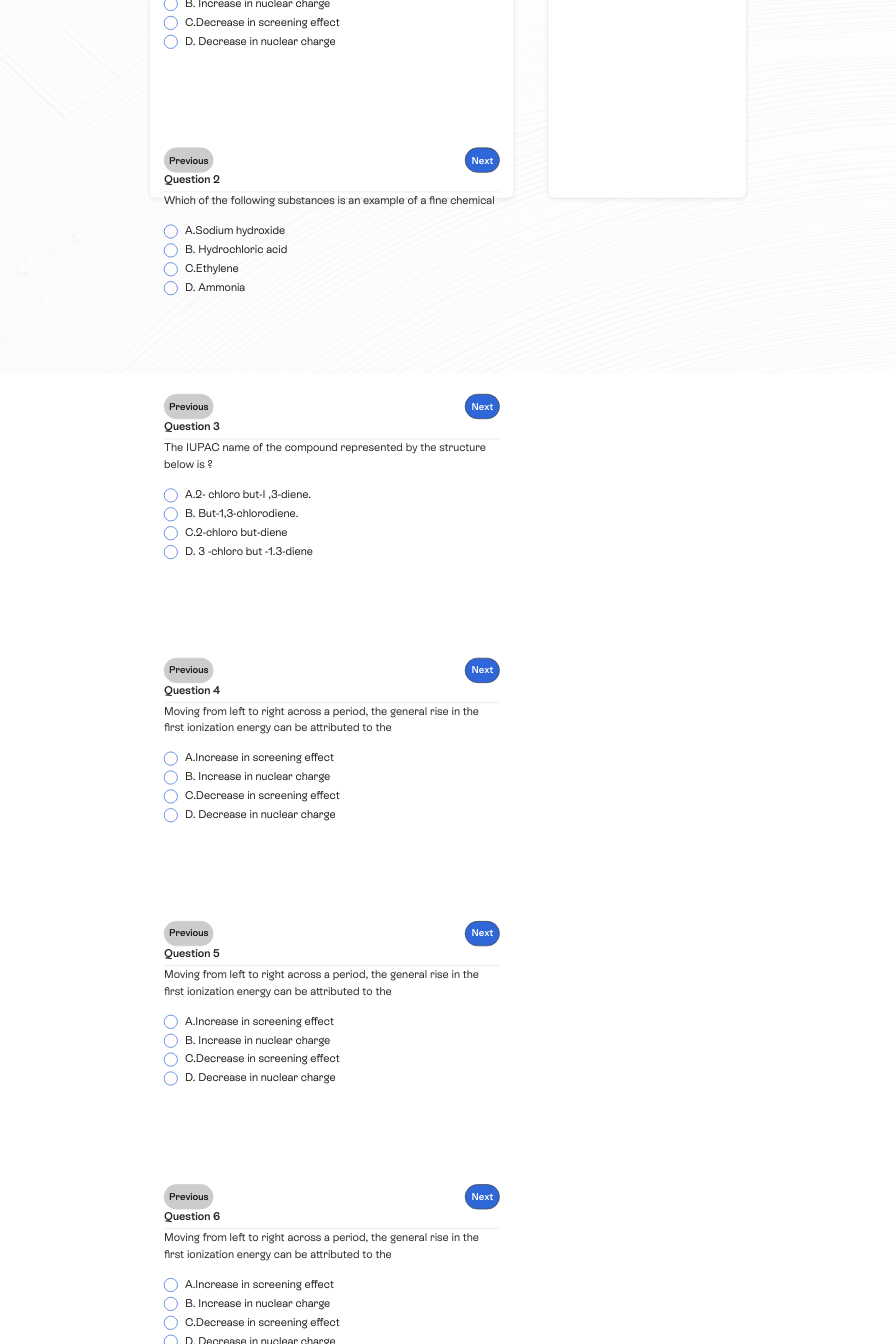
Repository: sarahnnanyelugo/educare-cbt
Page: /questions-dashboard
An editor plug-in stored every save of this project. The page is shown before and after the next save, followed by the edit.
The browser window is 1280 px wide. The pictures show the part of the page from y = 494 to 2414 px (the page is 19326 px tall before and 1028 px after), at 70% of full size.
The project was rebuilt for these pictures with package versions that can differ from the ones it lists, and the page was loaded fresh each time. Also part of the build but not shown: src/components/Form/Form.js, src/pages/AuthenticationPage/auth.scss, src/pages/AuthenticationPage/AuthenticationPage.js, src/components/TestModal/test-modal.scss, src/components/TestModal/TestModal.js, src/components/Exams/Exams.js, src/pages/Home/Home.js, src/pages/TestInstructions/TestInstructions.js and 2 more. Imported but missing from the stored project, and not drawn on this page: src/components/Form/Password, src/components/GoogleButton/GoogleButton.

Above is the page before, as saved 2023-11-06 09:36:19.

### src/App.js
import logo from "./logo.svg";
import "./App.css";
import "bootstrap/dist/css/bootstrap.min.css";
import { BrowserRouter, Routes, Route, Link, Outlet } from "react-router-dom";
import { AuthenticationPage } from "./pages/AuthenticationPage/AuthenticationPage";
import { Home } from "./pages/Home/Home";
import ScrollToTop from "./components/scrollToTop";
import { Navbar } from "./components/Navbar/Navbar";
import { TestInstructions } from "./pages/TestInstructions/TestInstructions";
import { Wallet } from "./pages/Wallet/Wallet";
import { QuestionsDashboard } from "./pages/Question/QuestionsDashboard";
function App() {
  return (
    <>
      <ScrollToTop />
      <Navbar />
      <Routes>
        <Route path="/" element={<AuthenticationPage />} />{" "}
        <Route path="home" element={<Home />} />{" "}
        <Route path="test-instructions" element={<TestInstructions />} />{" "}
        <Route path="questions-dashboard" element={<QuestionsDashboard />} />{" "}
        <Route path="wallet" element={<Wallet />} />{" "}
      </Routes>
    </>
  );
}

export default App;

### src/App.css
@font-face {
  font-family: rebondG;
  src: url(./assets/fonts/Rebond_font/RebondG.otf);
}
@font-face {
  font-family: rebondG-Bold;
  src: url(./assets/fonts/Rebond_font/RebondG-Bold.otf);
}
@font-face {
  font-family: rebondG-Semi-Bold;
  src: url(./assets/fonts/Rebond_font/Rebond-semibold.otf);
}
@font-face {
  font-family: rebondG-Medium;
  src: url(./assets/fonts/Rebond_font/RebondGrotesqueMedium.otf);
}
@font-face {
  font-family: rebondBook;
  src: url(./assets/fonts/Rebond_font/RebondG-Book.ttf);
}

h1,
h2,
h3,
h4,
h5,
h6 {
  font-family: rebondG-Semi-Bold;
}

p {
  font-family: rebondBook;
  font-size: 16px;
}
small {
  font-family: rebondBook;
}
button {
  font-family: rebondG-Semi-Bold;
}
ul li {
  font-family: rebondG-Medium;
}
@media screen and (min-width: 620px) {
  .flexy {
    display: flex;
  }
}
@media screen and (max-width: 620px) {
  .flexyM {
    display: flex;
  }
}

### src/components/Navbar/Navbar.js
import React, { useEffect, useRef, useState } from "react";
import "./navbar.scss";
import Logo from "../../assets/images/logo.png";
import { Link, NavLink } from "react-router-dom";
import { useLocation } from "react-router-dom";

export const Navbar = () => {
  const location = useLocation();
  const prevUrlRef = useRef(null);
  const [showNav, setShowNav] = useState(true);
  useEffect(() => {
    const currentUrl = window.location.pathname;
    if (prevUrlRef.current !== currentUrl) {
      prevUrlRef.current = currentUrl;
      console.log(currentUrl);
      setTimeout(() => {
        switch (currentUrl) {
          case "/":
            setShowNav(false);
            break;
          case "/test-instructions":
            setShowNav(false);
            break;
          case "/question":
            setShowNav(false);
            break;

          default:
            setShowNav(true);
            break;
        }
        localStorage.setItem("showNav", showNav);
      }, 200);
    }
  });
  return (
    <div className={`nav-container flexy ${showNav ? "" : "hide"} `}>
      <div className="logo-holder  col-md-1 flexy ">
        {" "}
        <Link to={"/"}>
          {" "}
          <img className="   logo" src={Logo} alt="Scholar" width="50%" />
        </Link>
      </div>
      <div className="flexy navs">
        <NavLink activeclassName="active" className="navlinks" to={"/home"}>
          <button> Home</button>
        </NavLink>{" "}
        <NavLink
          activeclassName="active"
          className="navlinks"
          to={"/test-analysis"}
        >
          <button> Test Analysis</button>
        </NavLink>{" "}
        <NavLink activeclassName="active" className="navlinks" to={"/wallet"}>
          <button> Wallet</button>
        </NavLink>
      </div>
    </div>
  );
};

### src/pages/Question/QuestionsDashboard.js
import React, { useState } from "react";
import "./question.scss";
import Alert from "../../assets/images/alert.svg";
import { Link } from "react-router-dom";
import { questions } from "../../TestData";
import { Questions } from "../../components/Questions/Questions";

export const QuestionsDashboard = () => {
  const [state, setState] = useState({
    query: "",
    list: questions,
  });
  return (
    <>
      <div className="test-instructions-div">
        <div className="col-md-8 offset-md-2 student-details flexy">
          <div className="col-md-5 ">
            <div className="flexy flexyM">
              {" "}
              <h6 className="col-md-3 ">Students:</h6>
              <p style={{ color: "#2F67D8" }}>Peter Olugbenga</p>
            </div>
            <div className="flexy flexyM">
              {" "}
              <h6 className="col-md-3">Subject:</h6>
              <p style={{ color: "#C32BD6" }}>Chemistry</p>
            </div>{" "}
            <div className="flexy flexyM">
              {" "}
              <h6 className="col-md-3">Test Title:</h6>
              <p>2010 MATHEMATICS JAMB PRACTICE 2</p>
            </div>
          </div>
          <div className="timer offset-md-4 mt4">
            <button>00 : 29 : 59</button>
          </div>
        </div>
        <div className="col-md-8 offset-md-2 flexy">
          {" "}
          <div className="col-md-8 ">
            <div className="col-md-11  instructions">
              <div className="row ">
                {state.list.map((data, index) => (
                  <Questions data={data} />
                ))}
              </div>
              <div className="flexy mt">
                <button className="previous-btn">Previous</button>
                <button className="next-btn offset-md-9">Next</button>
              </div>
            </div>
          </div>
          <div className="col-md-4 instructions"></div>
        </div>
      </div>
    </>
  );
};

### src/TestData/index.js
export * from "./examsData";
export * from "./questionsData";

### src/pages/Home/home.scss
@import "../../variables";
@import "../../shared-styles";

.home-div {
  padding-top: 60px;
  padding-bottom: 60px;
  .unit {
    h3 {
      flex-grow: 1;
    }
    button {
      color: #2f67d8;
      background: #2f67d81a;
      border: solid 1px #2f67d8;
      width: 163px;
      font-size: 14px;
      height: 32px;
      border-radius: 100px;
    }
  }
  .question-type-div {
    border-radius: 11px;
    background: #ffffff;
    padding: 15px;
    border: solid 1px #e7e7e7;
    box-shadow: 0px 3px 6px #0000000d;
    input {
      width: 90%;
      border: solid 1px #cecbcb;
      height: 37px;
      border-radius: 10px;
      background: #fff;
      padding-left: 20px;
    }
    ::placeholder {
      color: #191919 !important;
      text-align: left;
      opacity: 0.3;
      font-size: 14px !important;
      font-family: rebondG-Medium;
    }
    button {
      @include main-btn;
      margin-top: 25px;
    }
  }
  .sort {
    margin-top: 100px;
    margin-bottom: 20px;
    h3 {
      flex-grow: 1;
    }
    h6 {
      margin-top: 10px;
      margin-right: 5px;
    }
    select {
      border: solid 1px #cecbcb;
      border-radius: 35px;
      width: 100px;
      background: #fff;
      font-family: rebondG-Medium;
      font-size: 14px;
      color: #191919;
    }
  }
}

### src/components/Navbar/navbar.scss
.nav-container {
  padding: 5px 60px;
  box-shadow: 0px 3px 6px #00000029;
  background: #fff;
  .logo-holder {
    flex-grow: 1;
  }
  .navs {
    flex-grow: 1;
    .navlinks {
      button {
        margin: 0 10px;
        padding: 5px 13px;
        border: none;
        color: #000;
        margin-top: 10px;
        text-decoration: none;
        font-size: 14px;
        border-radius: 100px;
        background: #fff;
        font-family: rebondG-Medium;
      }
    }
  }
}
.active {
  button {
    color: #2f67d8 !important;
    background: #c7d8fa !important;
  }
}

### src/pages/TestInstructions/test-instructions.scss
@import "../../variables";
@import "../../shared-styles";

.test-instructions-div {
  padding-top: 80px;
  padding-bottom: 250px;
  background: url("../../assets/images/brush-bg.png");
  background-size: cover;
  background-repeat: no-repeat;
  //   background-position: center;
  .instructions {
    border: 1px solid #e7e7e7;
    box-shadow: 0px 3px 6px #0000000d;
    border-radius: 10px;
    height: 444px;
    background: #fff;
    padding: 30px 20px;
    .title-div {
      border-bottom: 1px solid #e7e7e7;
    }
    .inner {
      margin-top: 30px;
      h6 {
        margin-bottom: 20px;
        font-size: 16px;
      }
      p {
        font-size: 16px;
      }
      .proceed-btn {
        @include main-btn;
      }
      .back-btn {
        border: 1px solid #2f67d8;
        color: #2f67d8;
        background: #fff;
        border-radius: 100px;
        width: 91px;
        height: 36px;
        font-size: 14px;
      }
      .instruction-btns {
        margin-top: 250px;
      }
    }
    ul {
      margin-top: 60px;
    }
    ul li {
      color: #d52143;
      font-size: 14px;
      img {
        margin-right: 7px;
      }
    }
  }
}

### src/pages/Question/question.scss
@import "../../variables";
@import "../../shared-styles";

.test-instructions-div {
  padding-top: 80px;
  padding-bottom: 250px;
  background: url("../../assets/images/brush-bg.png");
  background-size: cover;
  background-repeat: no-repeat;
  .student-details {
    border: 1px solid #e7e7e7;
    box-shadow: 0px 3px 6px #0000000d;
    border-radius: 10px;
    background: #fff;
    padding: 10px 20px;
    margin-bottom: 30px;
    .timer {
      button {
        color: #d52143;
        font-size: 30px;
        width: 188px;
        // height: 40px;
        border: solid 1px #e7e7e7;
        border-radius: 10px;
        background: #fff;
      }
    }
  }
  .instructions {
    border: 1px solid #e7e7e7;
    box-shadow: 0px 3px 6px #0000000d;
    border-radius: 10px;
    height: 444px;
    background: #fff;
    padding: 30px 20px;
  }
}
input[type="radio"] {
  appearance: none;
  -webkit-appearance: none;
  width: 20px;
  height: 20px;
  border: 1px solid #2f67d8;
  border-radius: 50%;
  margin-right: 10px;
  background-color: transparent;
  position: relative;
  top: 6px;
}

input[type="radio"]:checked::before {
  content: "";
  display: block;
  width: 12px;
  height: 12px;
  background-color: #2f67d8;
  border-radius: 50%;
  position: absolute;
  top: 50%;
  left: 50%;
  transform: translate(-50%, -50%);
}

label {
  font-size: 16px;
  font-family: rebondBook;

  color: #191919;
}
.previous-btn {
  border-radius: 100px;
  width: 91px;
  height: 36px;
  font-size: 14px;
  border: solid 1px #cecbcb;
  background: #cecbcb;
  font-family: rebondG-Semi-Bold;
  color: #191919;
}
.next-btn {
  @include main-btn;
}

### src/components/Questions/Questions.js
import React from "react";
import "./questions.scss";
export const Questions = ({ data }) => {
  return (
    <div>
      {" "}
      <div className="col-md-12 ">
        <div className="title-div">
          {" "}
          <h6>Question {data.questionNum}</h6>
        </div>
        <p>{data.question}</p>
        <div>
          <input type="radio" id="answer-a" name="answers" value="answer-a" />
          <label for="answer-a">A.{data.optionA}</label>
        </div>
        <div>
          <input type="radio" id="answer-b" name="answers" value="answer-b" />
          <label for="answer-b">B. {data.optionB}</label>
        </div>
        <div>
          <input type="radio" id="answer-c" name="answers" value="answer-c" />
          <label for="answer-c">C.{data.optionC}</label>
        </div>{" "}
        <div>
          <input type="radio" id="answer-d" name="answers" value="answer-d" />
          <label for="answer-d">D. {data.optionD}</label>
        </div>
        <div className="flexy mt">
          <button className="previous-btn">Previous</button>
          <button className="next-btn offset-md-9">Next</button>
        </div>
      </div>
    </div>
  );
};

### src/components/Form/form.scss
@import "../../variables";
@import "../../shared-styles";

.form-container {
  border: solid 1px rgb(255, 255, 255);
  border-radius: 15px;
  box-shadow: 0 0 1px 1px rgb(221, 221, 221);
  padding: 30px 20px 50px 20px;
  background: #fff;
  .or {
    .bodda {
      border-top: solid 1px #efefef;
      margin-top: 30px;
    }
    p {
      margin-top: 15px;
    }
  }
  .form-heading {
    color: #161617;
    font-size: 16px;
  }
}

.form {
  width: 100%;
  position: relative;
  height: fit-content;
  overflow: hidden;
}

.form input {
  width: 100%;
  height: 100%;
  color: #191919;
  padding-top: 10px;
  padding-bottom: 10px;
  padding-left: 20px;
  border-radius: 10px;
  height: 40px;
  margin-top: 20px;
  border: solid 1px #e7e7e7;
  background: #fff;
  font-family: rebondG-Semi-Bold;
}
.form label {
  position: absolute;
  bottom: 4px;
  left: 20px;
  width: 100%;
  height: 100%;
  font-size: 12px;
  font-family: rebondG;
  color: #161617;
  pointer-events: none;
}
.form label::after {
  content: "";
  position: absolute;
  bottom: -1px;
  left: 0px;
  width: 100%;
  height: 100%;
  transform: translateX(-100%);
  transition: all 0.3s ease;
}

.content-name {
  position: absolute;
  bottom: 0px;
  left: 0px;
  padding-bottom: 5px;
  transition: all 0.3s ease;
}
.form input:focus {
  outline: none;
}
.form input:focus + .label-name .content-name,
.form input:valid + .label-name .content-name {
  transform: translateY(-100%);
  font-size: 8px;
  left: 0px;
  color: black;
}
.form input:focus + .label-name::after,
.form input:valid + .label-name::after {
  transform: translateX(0%);
}
.password-input {
  input {
    border: solid 1px #edecec !important;
    padding: 9px 5px;
    border-radius: 10px;
    background: #fff !important;
    width: 100% !important;
    height: 40px;
  }
  img {
    margin-left: -35px;
    border-right: solid 1px rgb(226, 220, 220) !important;
    border-radius: 7px;
    @media screen and (max-width: 620px) {
      margin-left: -18px;
    }
  }
}
.formButton {
  color: #fff;
  border: none;
  padding: 10px 0;
  border-radius: 35px;
  margin-top: 30px;
  width: 100%;
  font-size: 16px !important;
  font-weight: bold !important;
  font-family: rebondG-Medium;
  background: #2f67d8;
  &:hover {
    background: #1e4ba7;
    transition: 0.5 ease;
  }
  @media screen and (max-width: 620px) {
  }
}
.css-qbdosj-Input {
  padding: 6px 5px !important;
}
.css-13cymwt-control {
  border-radius: 10px !important;
  height: 40px !important;
  border: solid 1px rgb(236, 233, 233) !important;
}
//////////////////////////////////////////////////////////////////////////////////////////

.formpassword {
  width: 100%;
  position: relative;
  height: fit-content;
  overflow: hidden;
}

.formpassword input {
  width: 100%;
  height: 100%;
  color: #191919;
  padding-top: 10px;
  padding-bottom: 10px;
  padding-left: 20px;
  border-radius: 10px;
  height: 40px;
  margin-top: 20px;
  border: solid 1px #e7e7e7;
  background: #fff;
  font-family: rebondG-Semi-Bold;
}
.formpassword label {
  position: absolute;
  bottom: 4px;
  left: 20px;
  width: 100%;
  height: 100%;
  font-size: 12px;
  font-family: rebondG;
  color: #161617;
  pointer-events: none;
}
.formpassword label::after {
  content: "";
  position: absolute;
  bottom: -1px;
  left: 0px;
  width: 100%;
  height: 100%;
  transform: translateX(-100%);
  transition: all 0.3s ease;
}

.content-name {
  position: absolute;
  bottom: 0px;
  left: 0px;
  padding-bottom: 5px;
  transition: all 0.3s ease;
}
.formpassword input:focus {
  outline: none;
}
.formpassword input:focus + .label-name .content-name,
.formpassword input:valid + .label-name .content-name {
  transform: translateY(-100%);
  font-size: 8px;
  left: 0px;
  color: black;
}
.formpassword input:focus + .label-name::after,
.formpassword input:valid + .label-name::after {
  transform: translateX(0%);
}
.css-1jqq78o-placeholder {
  font-family: rebondBook !important;
  color: #161617 !important;
  font-size: 12px !important;
  font-family: rebondBook !important ;
}
.PhoneInputCountry {
  background: #fff !important;
}
.hide {
  display: none;
}
.show {
  display: block;
}

### src/components/Exams/exams.scss
@import "../../variables";
@import "../../shared-styles";

.questions-div {
  border: 1px solid #e7e7e7;
  border-radius: 11px;
  box-shadow: 0px 3px 6px #0000000d;
  height: 89px;
  margin-bottom: 30px;
  padding-top: 15px;
  h6 {
    font-size: 16px;
  }
  p {
    font-size: 14px;
  }
  button {
    @include main-btn;
  }

  tr td {
    border: none;
    padding: 0 !important;
    text-align: left;
    small {
      font-size: 14px;
    }
  }
}

### src/TestData/examsData.js
import Jamb from "../assets/images/jamb.png";
import Waec from "../assets/images/waec.png";

export const exams = [
  {
    num: 1,
    examYearTypeSubject: "2010 JAMB Chemistry",
    examType: Jamb,
    examDetails: "2010 Chemistry Jamb Practice (2010 Jamb Chemistry)",
    examDuration: "30 mins",
    questionNum: "50 questions",
    examMarks: "50 marks",
    unitNum: "Free",
  },
  {
    num: 2,
    examYearTypeSubject: "2020 WAEC English",
    examType: Waec,
    examDetails: "2010 Physics Jamb Practice (2010 Jamb Physics)",
    examDuration: "30 mins",
    questionNum: "49 questions",
    examMarks: "50 marks",
    unitNum: "Free",
  },
  {
    num: 3,
    examYearTypeSubject: "2010 JAMB Physics",
    examType: Jamb,
    examDetails: "2010 Physics Jamb Practice (2010 Jamb Physics)",
    examDuration: "30 mins",
    questionNum: "49 questions",
    examMarks: "50 marks",
    unitNum: "30 Units",
  },
  {
    num: 4,
    examYearTypeSubject: "2020 WAEC Biology",
    examType: Waec,
    examDetails: "2020 WAEC BIOLOGY PRACTICE",
    examDuration: "30 mins",
    questionNum: "50 questions",
    examMarks: "50 marks",
    unitNum: "10 Units",
  },
  {
    num: 5,
    examYearTypeSubject: "22020 Waec Civic Education",
    examType: Waec,
    examDetails: "2019 WAEC CIVIC EDUCATION PRACTICE",
    examDuration: "30 mins",
    questionNum: "50 questions",
    examMarks: "50 marks",
    unitNum: "10 Units",
  },
  {
    num: 6,
    examYearTypeSubject: "2020 Waec Geography",
    examType: Waec,
    examDetails: "2020 GEOGRAPHY WAEC PRACTICE",
    examDuration: "30 mins",
    questionNum: "50 questions",
    examMarks: "50 marks",
    unitNum: "10 Units",
  },
];

### src/_variables.scss
$blue: #0098da;
$lightblue: #e1f2fa;
$purple: #5044b2;
@mixin get-started-button {
  color: #fff;
  border-radius: 35px;
  border: solid 1px #414244;
  padding: 8px 20px;
  font-size: 14px;
  font-family: rebondG-Semi-Bold;

  // &:hover {
  //   background: #30266b;
  //   transition: 0.5s ease;
  // }
}
@mixin main-btn {
  background: #2f67d8 !important;
  color: #fff;
  border-radius: 100px;
  // padding: 8px 20px;
  width: 91px;
  height: 36px;
  font-size: 14px;
  border: solid 1px #414244;
  font-family: rebondG-Semi-Bold;

  &:hover {
    background: #1e4ba7 !important;
    transition: 0.5s ease;
  }
}

### src/_shared-styles.scss
.mt1 {
  margin-top: 10px;
}
.mt2 {
  margin-top: 20px;
}
.mt3 {
  margin-top: 30px;
}
.mt4 {
  margin-top: 40px;
}
.mt5 {
  margin-top: 50px;
}
.mt6 {
  margin-top: 60px;
}
.mt7 {
  margin-top: 70px;
}
.mt8 {
  margin-top: 80px;
}
.mt9 {
  margin-top: 90px;
}
.mt {
  margin-top: 140px;
}
.mtt {
  margin-top: 200px;
}
.bb {
  border-bottom: solid 1px rgb(233, 229, 229);
}
.bt {
  border-top: solid 1px rgb(233, 229, 229);
}
.pd {
  padding: 80px 0;
}
.br {
  border-right: solid 1px rgb(233, 229, 229);
}
.no-m {
  @media screen and (max-width: 620px) {
    margin: 0 !important;
  }
}
.ml {
  margin-left: 10px;
}
.ml4 {
  margin-left: 40px;
}
.ml3 {
  margin-left: 30px;
}

.features-link {
  color: #191919;
  text-decoration: none;
  &:hover {
    color: #191919;
  }
}

.mb5 {
  margin-bottom: 50px;
}
.mb4 {
  margin-bottom: 40px;
}

.no-margin {
  @media screen and (max-width: 620px) {
    margin-top: 0px !important;
    text-align: center;
  }
}
.grad2 {
  background: rgb(255, 255, 255);
  background: linear-gradient(
    180deg,
    rgba(255, 255, 255, 1) 28%,
    rgba(240, 240, 240, 1) 48%,
    rgba(255, 255, 255, 1) 75%
  );
}
.dn {
  @media screen and (max-width: 620px) {
    display: none;
  }
}
.dnW {
  @media screen and (min-width: 620px) {
    display: none;
  }
}
.dnM {
  @media screen and (max-width: 620px) {
    display: none;
  }
}
.img-resolv {
  width: 90%;
  @media screen and (max-width: 620px) {
    width: 100%;
  }
}
.link {
  font-size: 12px;
  text-decoration: none;
  color: #000;
  font-family: rebondG-Semi-Bold;
  margin-bottom: 0 !important;
}
.link2 {
  font-size: 12px;
  text-decoration: none;
  color: #2f67d8;
  font-family: rebondG-Semi-Bold;
}

### src/components/Questions/questions.scss
input[type="radio"] {
  appearance: none;
  -webkit-appearance: none;
  width: 20px;
  height: 20px;
  border: 1px solid #2f67d8;
  border-radius: 50%;
  margin-right: 10px;
  background-color: transparent;
  position: relative;
  top: 6px;
}

input[type="radio"]:checked::before {
  content: "";
  display: block;
  width: 12px;
  height: 12px;
  background-color: #2f67d8;
  border-radius: 50%;
  position: absolute;
  top: 50%;
  left: 50%;
  transform: translate(-50%, -50%);
}

label {
  font-size: 16px;
  font-family: rebondBook;

  color: #191919;
}

Loaded but not shown: public/index.html (common file); src/index.js (common file); src/index.css (common file); src/reportWebVitals.js (common file); src/components/scrollToTop.js (common file); src/TestData/questionsData.js (552 lines, source omitted)

After the next save:
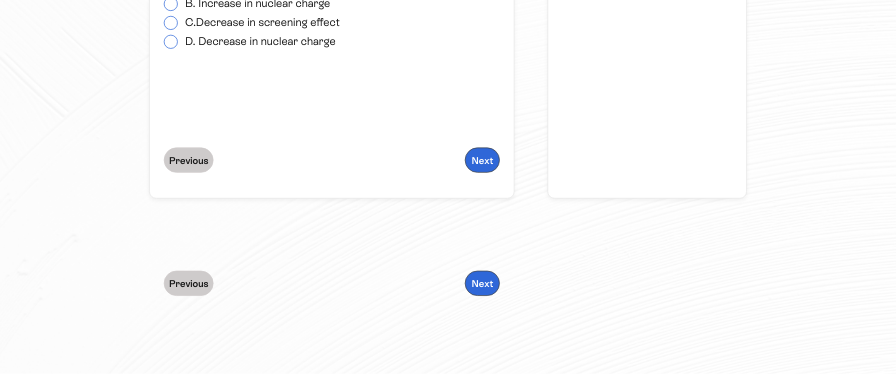
Saved 1 s later.
--- a/src/pages/Question/QuestionsDashboard.js
+++ b/src/pages/Question/QuestionsDashboard.js
@@ -40,9 +40,9 @@ export const QuestionsDashboard = () => {
           <div className="col-md-8 ">
             <div className="col-md-11  instructions">
               <div className="row ">
-                {state.list.map((data, index) => (
-                  <Questions data={data} />
-                ))}
+                {state.list.map((data, index) =>
+                  index === 0 ? <Questions data={data} /> : null
+                )}
               </div>
               <div className="flexy mt">
                 <button className="previous-btn">Previous</button>
